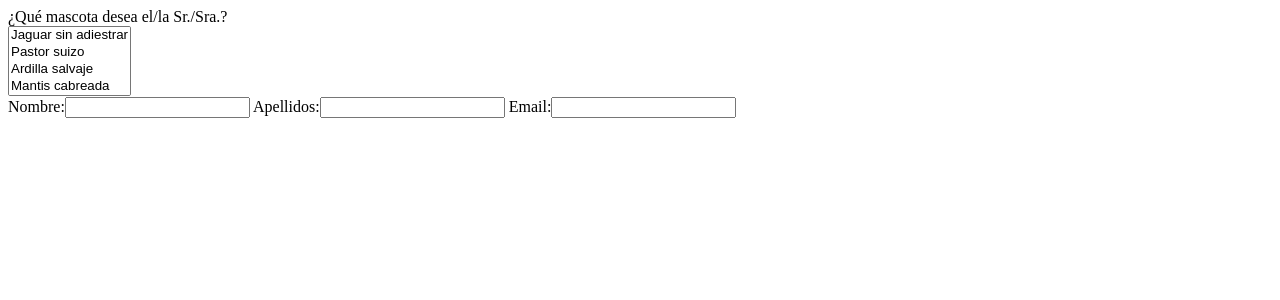
Repository: Myugen/EjercicioPHP
Page: http://localhost/ejercicio2.php
The author's editor kept a copy of each file at every save. The page is drawn from the files as they stood at one save, then again after the next save.
The browser window is 1280 px wide. The pictures show the whole page.
The page is run by PHP 8.4 with error messages shown; the project is at /var/www/html/.

Above is the page before, as saved 2015-10-21 11:46:49.

### Actividades4-2/ejercicio2.php
<!doctype html>
<html lang="en">
<head>
	<meta charset="UTF-8" />
	<title>Ejercicio 2</title>
</head>
<body>
	<form action="resultado_ejercicio2.php" method="post">
	<label for="selectMascota">¿Qué mascota desea el/la Sr./Sra.?</label><br>
	<select name="mascotas[]" id="selectMascota" multiple>
		<option>Jaguar sin adiestrar</option>
		<option>Pastor suizo</option>
		<option>Ardilla salvaje</option>
		<option>Mantis cabreada</option>
		<option>Lechuza</option>
		<option>Osito de peluche</option>
	</select><br>
	<label for="textNombre">Nombre:</label><input type="text" id="textNombre" name="datos[]"/>
	<label for="textApellidos">Apellidos:</label><input type="text" id="textApellidos" name="datos[]"/>
	<label for="textEmail">Email:</label><input type="text" id="textEmail" name="datos[]"/>
	</form>
</body>
</html>

After the next save:
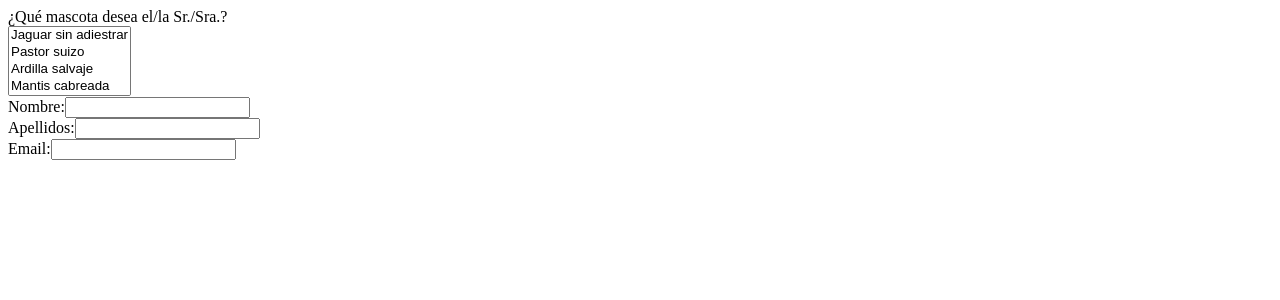
Saved 24 s later.
--- a/Actividades4-2/ejercicio2.php
+++ b/Actividades4-2/ejercicio2.php
@@ -15,9 +15,9 @@
 		<option>Lechuza</option>
 		<option>Osito de peluche</option>
 	</select><br>
-	<label for="textNombre">Nombre:</label><input type="text" id="textNombre" name="datos[]"/>
-	<label for="textApellidos">Apellidos:</label><input type="text" id="textApellidos" name="datos[]"/>
-	<label for="textEmail">Email:</label><input type="text" id="textEmail" name="datos[]"/>
+	<label for="textNombre">Nombre:</label><input type="text" id="textNombre" name="datos[]"/><br>
+	<label for="textApellidos">Apellidos:</label><input type="text" id="textApellidos" name="datos[]"/><br>
+	<label for="textEmail">Email:</label><input type="text" id="textEmail" name="datos[]"/><br>
 	</form>
 </body>
 </html>
